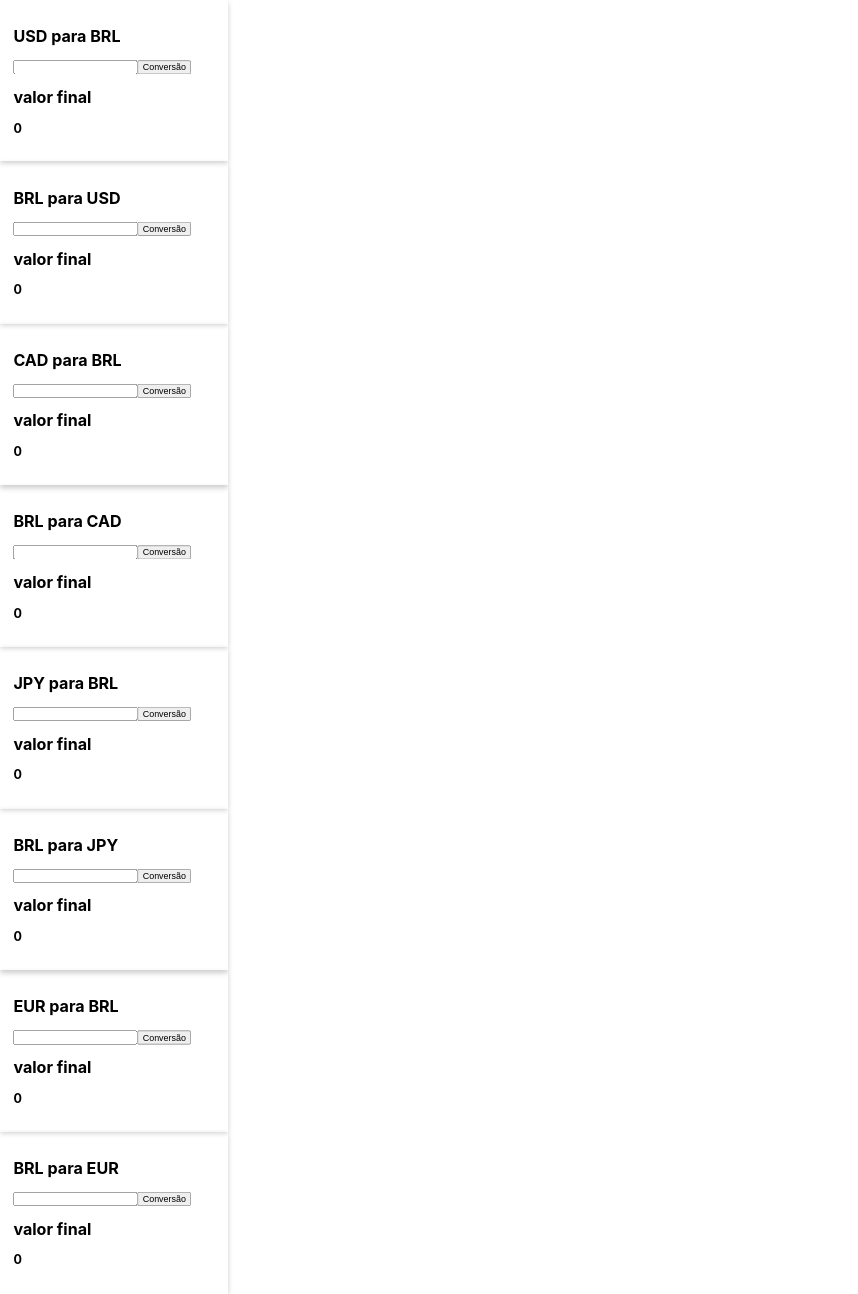
Repository: DeanLemosXD/Currency-converter
Page: /
An editor plug-in stored every save of this project. The page is shown before and after the next save, followed by the edit.
The browser window is 1280 px wide. The pictures show the whole page, at 67% of full size.
The project was rebuilt for these pictures with package versions that can differ from the ones it lists, and the page was loaded fresh each time. Also part of the build but not shown: src/App.css.

Above is the page before, as saved 2021-10-19 18:11:38.

### src/App.js
import './App.css';
import Conversor from './components/Conversor';

function App() {
  return (
    <div className="App">
      <div className="linha">
      <Conversor moedaA="USD" moedaB="BRL"></Conversor>
      <Conversor moedaA="BRL" moedaB="USD"></Conversor>
      </div>
      <div className="linha">
      <Conversor moedaA="CAD" moedaB="BRL"></Conversor>
      <Conversor moedaA="BRL" moedaB="CAD"></Conversor>
      </div>
      <div className="linha">
      <Conversor moedaA="JPY" moedaB="BRL"></Conversor>
      <Conversor moedaA="BRL" moedaB="JPY"></Conversor>
      </div>
      <div className="linha">
      <Conversor moedaA="EUR" moedaB="BRL"></Conversor>
      <Conversor moedaA="BRL" moedaB="EUR"></Conversor>
      </div>
    </div>
  );
}

export default App;

### src/components/Conversor.js
import React, { Component } from 'react'
import './conversor.css'
export default class Conversor extends Component {

    // eslint-disable-next-line no-useless-constructor
    constructor(props){
        super(props);

        this.state = {
            moedaA_Valor:"",
            moedaB_Valor:0,

        }

        this.converter = this.converter.bind(this)
    }

    converter(){

        let de_para = `${this.props.moedaA}_${this.props.moedaB}`;
        let url = `http://free.currconv.com/api/v7/convert?q=${de_para}&compact=ultra&apiKey=0d7e32903cad9cf7460c`
        //console.log(url)
        fetch(url).then(res=>{
            return res.json()
        })
        .then(json=>{

            let cotacao = json[de_para];
            let moedaB_Valor = (parseFloat(this.state.moedaA_Valor) * cotacao).toFixed(2)
            this.setState({moedaB_Valor})
        })
    }
    render(){
        return (
            <div className="conversor">
                <h2>{this.props.moedaA} para {this.props.moedaB}</h2>
                <input type="text" onChange={(event)=>{this.setState({moedaA_Valor:event.target.value})}}></input>
                <input type="button" value="Conversão" onClick={this.converter}></input>
                <h2>valor final</h2>
                <h3>{this.state.moedaB_Valor}</h3>
            </div>
        )
    }
}

### src/components/conversor.css
.conversor{
        padding: 20px;
        max-width: 300px;
        box-shadow: 0 4px 8px 0 rgba(0, 0, 0, 0.2);
}

Loaded but not shown: public/index.html (common file); src/index.js (common file); src/index.css (common file); src/reportWebVitals.js (common file)

After the next save:
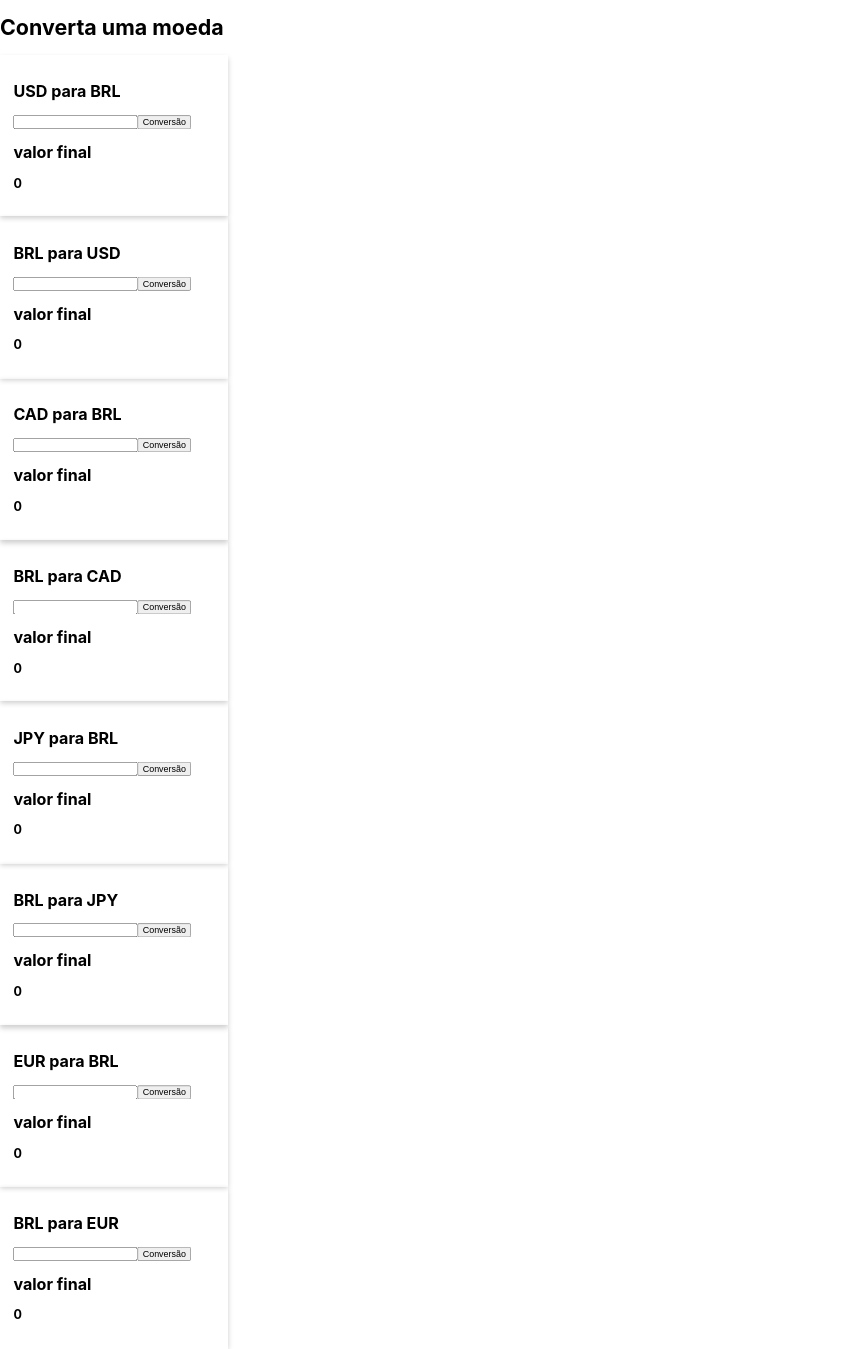
Saved 2 min 41 s later.
--- a/src/App.js
+++ b/src/App.js
@@ -4,6 +4,7 @@ import Conversor from './components/Conversor';
 function App() {
   return (
     <div className="App">
+      <h1>Converta uma moeda</h1>
       <div className="linha">
       <Conversor moedaA="USD" moedaB="BRL"></Conversor>
       <Conversor moedaA="BRL" moedaB="USD"></Conversor>
